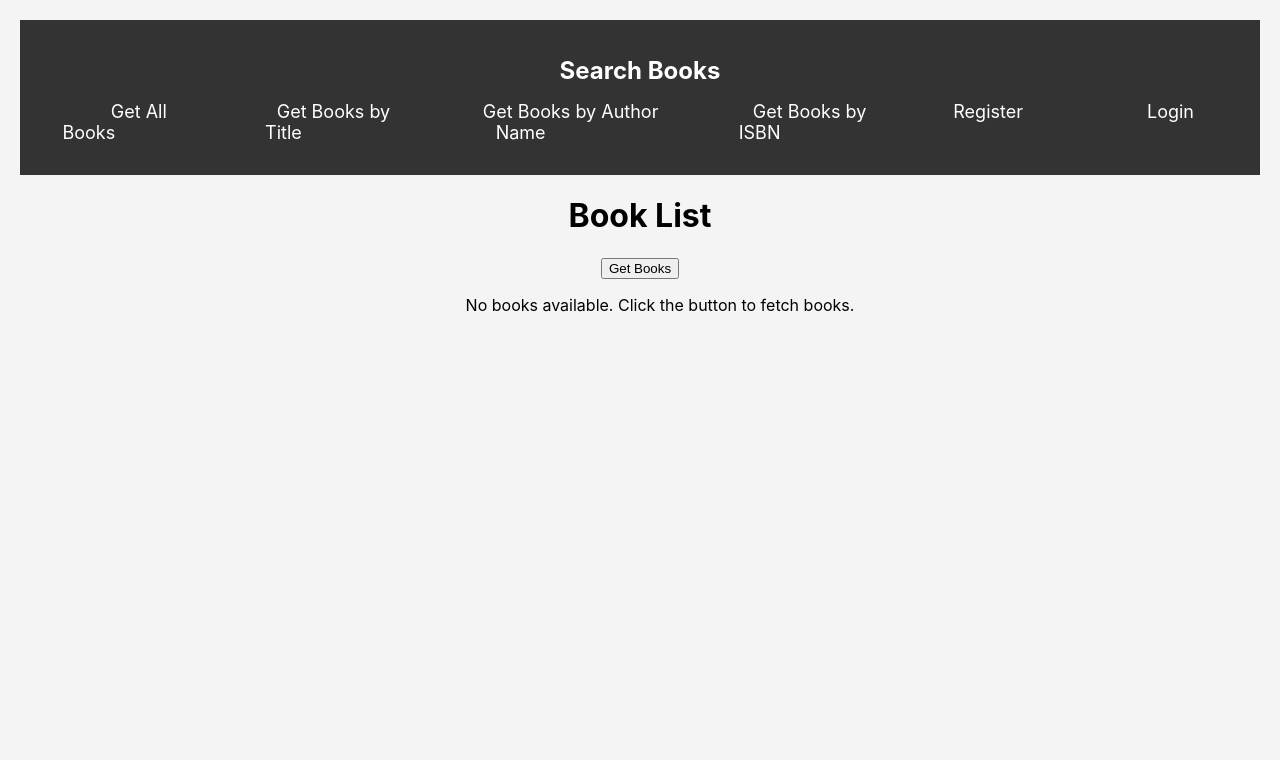
Repository: adityashirsath2003/myapp
Page: /getallbooks (app in FrontEnd/frontend/)
These files come from the project's save history. The page is drawn as it stood at one moment and after the next save; the edit follows.
The browser window is 1280 px wide. The pictures show the whole page.
The project was rebuilt for these pictures with package versions that can differ from the ones it lists, and the page was loaded fresh each time. Also part of the build but not shown: FrontEnd/frontend/src/App.css, FrontEnd/frontend/src/Navbar.js, FrontEnd/frontend/src/Navbar2.js, FrontEnd/frontend/src/Login.js, FrontEnd/frontend/src/Register.js.

Above is the page before, as saved 2024-10-24 12:59:30.

### FrontEnd/frontend/src/App.js
import React, { useState } from 'react';
import './App.css';
import { Navbar } from './Navbar';
import { BrowserRouter as Router, Route, Routes } from 'react-router-dom';
import { Search } from './Search';
import {Navbar2} from './Navbar2';
import { Login } from './Login';
import { Register } from './Register';
import { Navbar3 } from './Navbar3';

const App = () => {
  const [mail, setMail] = useState('');

  const appStyle = {
    textAlign: 'center',
    backgroundColor: '#f4f4f4',
    minHeight: '100vh',
    padding: '20px',
  };

  return (
    <div style={appStyle}>
      {mail ? (
          <Router>
          <Navbar />
          <Routes>
          <Route path="/getmyreviews" element={<Search />} />
          <Route path="/deletemyreviews" element={<Search />} />
          </Routes>
          </Router>
      ) : (

        <Router>
        <Navbar3 />
        <Routes>
          <Route path="/getallbooks" element={<Search />} />
          <Route path="/getbytitle" element={<Search />} />
          <Route path="/getbyname" element={<Search />} />
          <Route path="/getbyisbn" element={<Search />} />
          <Route path="/login" element={<Login form={setMail} />} />
          <Route path="/register" element={<Register mail={mail} />} />
        </Routes>
      </Router>
      )}
    </div>
  );
};

export default App;

### FrontEnd/frontend/src/Search.js
import React, { useState } from 'react';
import axios from 'axios';

export function Search(){
    const [books, setBooks] = useState([]);
    const [error, setError] = useState('');

    const fetchBooks = async () => {
        try {
            const response = await axios.get('http://localhost:5000/getallbooks');
            setBooks(response.data);
        } catch (error) {
            setError('Error fetching books');
            console.error(error.message);
        }
    };

    return (
        <div>
            <h1>Book List</h1>
            <button onClick={fetchBooks}>Get Books</button>
            {error && <p>{error}</p>}
            <ul>
                {books.length > 0 ? (
                    books.map((book, index) => (
                        <li key={index}>
                            <strong>Title:</strong> {book.title} <br />
                            <strong>Author:</strong> {book.author} <br />
                            <strong>ISBN:</strong> {book.isbn}
                        </li>
                    ))
                ) : (
                    <p>No books available. Click the button to fetch books.</p>
                )}
            </ul>
        </div>
    );
};

### FrontEnd/frontend/src/Navbar3.js
import React from 'react';
import { Link } from 'react-router-dom';

export function Navbar3() {
    const navStyle = {
        backgroundColor: '#333',
        padding: '1rem',
        textAlign: 'center',
    };

    const headingStyle = {
        color: '#fff',
        marginBottom: '1rem',
    };

    const ulStyle = {
        listStyleType: 'none',
        padding: '0',
        display: 'flex',
        justifyContent: 'center',
        gap: '1.5rem',
    };

    const linkStyle = {
        color: '#fff',
        textDecoration: 'none',
        fontSize: '18px',
        marginLeft: '50px',
        marginRight: '50px',
    };

    const linkHoverStyle = {
        color: '#ffeb3b',
    };

    return (
        <nav style={navStyle}>
            <h1 style={headingStyle}>Search Books</h1>
            <ul style={ulStyle}>
                <li><Link to="/getallbooks" style={linkStyle}>Get All Books</Link></li>
                <li><Link to="/getbytitle" style={linkStyle}>Get Books by Title</Link></li>
                <li><Link to="/getbyname" style={linkStyle}>Get Books by Author Name</Link></li>
                <li><Link to="/getbyisbn" style={linkStyle}>Get Books by ISBN</Link></li>
                <li><Link to="/register" style={linkStyle}>Register</Link></li>
                <li><Link to="/login" style={linkStyle}>Login</Link></li>

            </ul>
        </nav>
    );
}

Loaded but not shown: FrontEnd/frontend/public/index.html (common file); FrontEnd/frontend/src/index.js (common file); FrontEnd/frontend/src/index.css (common file); FrontEnd/frontend/src/reportWebVitals.js (common file)

After the next save:
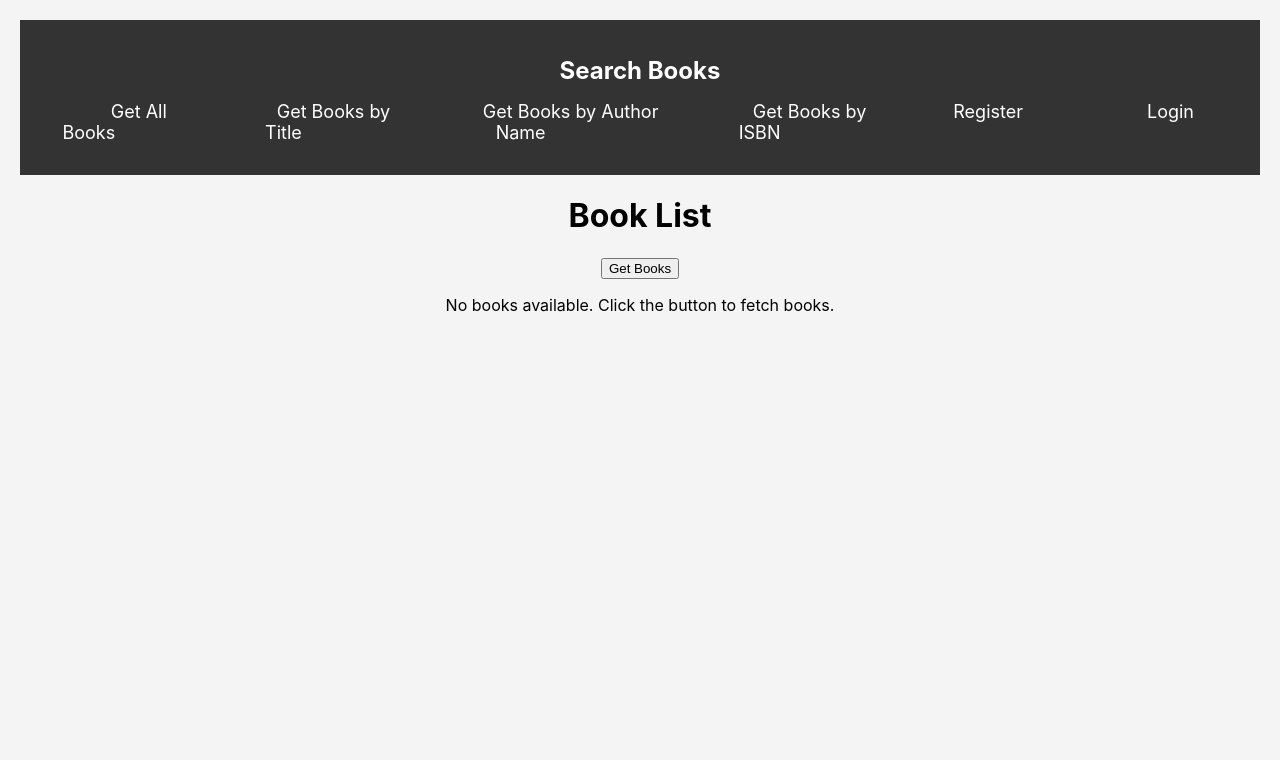
Saved 7 min 7 s later.
--- a/FrontEnd/frontend/src/Search.js
+++ b/FrontEnd/frontend/src/Search.js
@@ -1,7 +1,7 @@
 import React, { useState } from 'react';
 import axios from 'axios';
 
-export function Search(){
+export function Search() {
     const [books, setBooks] = useState([]);
     const [error, setError] = useState('');
 
@@ -15,15 +15,29 @@ export function Search(){
         }
     };
 
+    const listStyle = {
+        listStyleType: 'none',
+        padding: 0,
+    };
+
+    const listItemStyle = {
+        border: '1px solid #ccc',
+        borderRadius: '5px',
+        padding: '10px',
+        margin: '10px 0',
+        backgroundColor: '#f9f9f9',
+        boxShadow: '0 2px 5px rgba(0, 0, 0, 0.1)',
+    };
+
     return (
         <div>
             <h1>Book List</h1>
             <button onClick={fetchBooks}>Get Books</button>
-            {error && <p>{error}</p>}
-            <ul>
+            {error && <p style={{ color: 'red' }}>{error}</p>}
+            <ul style={listStyle}>
                 {books.length > 0 ? (
                     books.map((book, index) => (
-                        <li key={index}>
+                        <li key={index} style={listItemStyle}>
                             <strong>Title:</strong> {book.title} <br />
                             <strong>Author:</strong> {book.author} <br />
                             <strong>ISBN:</strong> {book.isbn}
@@ -35,4 +49,4 @@ export function Search(){
             </ul>
         </div>
     );
-};
+}
